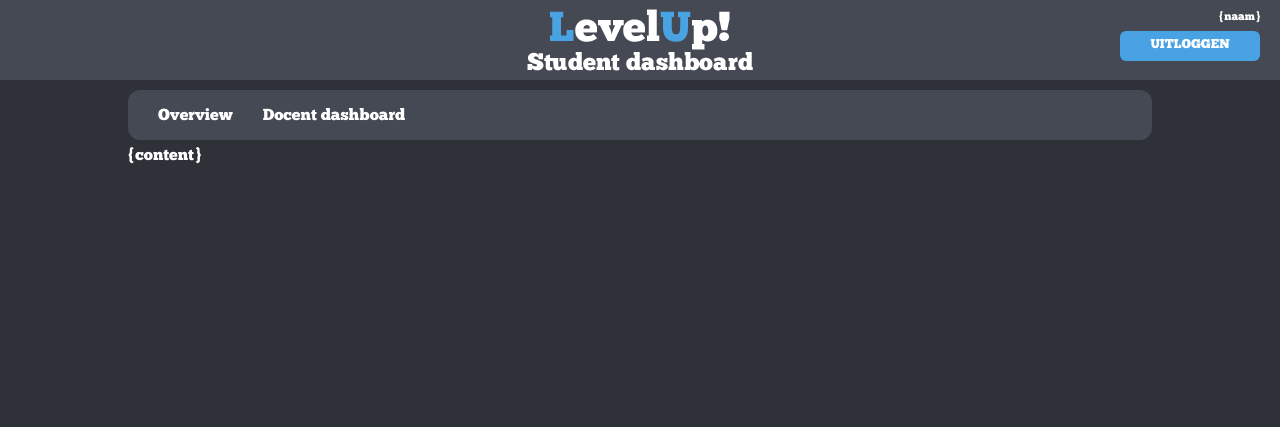
Repository: boblanckenburg/levelup
Page: website/src/index.html
These files come from the project's save history. The page is drawn as it stood at one moment and after the next save; the edit follows.
The browser window is 1280 px wide. The pictures show the whole page.

Above is the page before, as saved 2014-10-16 14:44:54.

### website/src/index.html
<!doctype html>
<html class="no-js" id="html" lang="">
    <head>
        <meta charset="utf-8">
        <meta http-equiv="X-UA-Compatible" content="IE=edge">
        <title>LevelUp</title>
        <meta name="description" content="">
        <meta name="viewport" content="width=device-width, initial-scale=1">

        <!-- Place favicon.ico and apple-touch-icon(s) in the root directory -->

        <link rel="stylesheet" href="css/main.css">
        <script src="js/main.js"></script>
        <script src="js/vendor/modernizr-2.8.3.min.js"></script>
    </head>
    <body>
        <!--[if lt IE 8]>
            <p class="browsehappy">You are using an <strong>outdated</strong> browser. Please <a href="http://browsehappy.com/">upgrade your browser</a> to improve your experience.</p>
        <![endif]-->

		<div class="dashboard">
			<section class="header">
				<div id="welcome">
					<p>{naam}</p>
					<a href="">UITLOGGEN</a>
				</div>
			</section>
			<section class="menu">
				<a href="./index.php?page=studentview">Overview</a>
				<a href="./index.php?page=docentview">Docent dashboard</a>
			</section>
			<div class="content">{content}</div>
		</div>
    </body>
</html>

### website/src/css/main.css
/*
 * What follows is the result of much research on cross-browser styling.
 * Credit left inline and big thanks to Nicolas Gallagher, Jonathan Neal,
 * Kroc Camen, and the H5BP dev community and team.
 */

/* ==========================================================================
   Base styles: opinionated defaults
   ========================================================================== */

/*
bg-gray: #2e3138;
bg-light-gray: #454954;
bg-blue: #49a2e4;
neon-blue: #01d1ff;
*/

html {
    color: #222;
    font-size: 1em;
    line-height: 1.4;
	margin: 0px;
	background: #2e3138;
	color: white;
	text-decoration: none;
	font-weight: normal;
}

/* ==========================================================================
   Author's custom styles
   ========================================================================== */


@font-face {
    font-family: chunkfivefont;
    src: url(Chunkfive.otf);
}


body {
    font-family: chunkfivefont;
    color: white;
    height:100%;
	margin: 0px;
	overflow-x: scroll;
	overflow-style: marquee-line;
}

a
{
	color: #49a2e4;

}

h1, h2, h3
{
	font-weight: normal;
}

.dashboard,
{
	height:100%;
	width:100%;
}

.content
{
	height: 100%;
	width: 100%;
}

.header
{
    background: #454953;
	width: 100%;
	height:80px;
	margin: 0px auto 0px auto;

	background-image: url('../img/dashboardlogo.png');
	background-position: center;
	background-repeat: no-repeat;
	background-color: #454954;
}

.header #welcome
{
	width: 200px;
	float:right;
	color: white;
	margin 0px auto 0px auto;
	padding: 0px 10px 0px 0px;
}

.header #welcome p
{
	float: right;
	display: block;
	font-size: 0.7em;
	margin: 10px 10px 5px 0px;
}

.header #welcome a
{
	float: right;
	display: block;
	height:20px;
	width: 100px;
	text-align: center;
	font-size: 0.8em;
	color: white;
	text-decoration: none;
	padding:5px 20px 5px 20px;
	margin: 0px 10px 0px 0px;

	background-color: #49a2e4;
	border-radius: 6px;
}

.menu
{
    background: #2e3138;
	width:80%;
	height:100%;
	min-height:50px;
	margin: 10px auto 5px auto;
	background: #454954;
	border-radius: 12px;
	display: block;
}

.menu a, a:visited
{
	display: block;
	float:left;
	height: 35px;
	text-align: center;
	padding: 15px 0px 0px 30px;
	text-decoration: none;
	color: white;
}

.menu a:hover
{
	color: #49a2e4;
}

.content {
	width: 80%;
	height: 350px;
	margin: auto;
}

.container {
	margin: 0px auto 0px auto;
	width:100%;
	display: inline;
}


/* ==========================================================================
   Helper classes
   ========================================================================== */

/*
 * Hide visually and from screen readers: h5bp.com/u
 */

.hidden {
    display: none !important;
    visibility: hidden;
}

/*
 * Hide only visually, but have it available for screen readers: h5bp.com/v
 */

.visuallyhidden {
    border: 0;
    clip: rect(0 0 0 0);
    height: 1px;
    margin: -1px;
    overflow: hidden;
    padding: 0;
    position: absolute;
    width: 1px;
}

/*
 * Extends the .visuallyhidden class to allow the element to be focusable
 * when navigated to via the keyboard: h5bp.com/p
 */

.visuallyhidden.focusable:active,
.visuallyhidden.focusable:focus {
    clip: auto;
    height: auto;
    margin: 0;
    overflow: visible;
    position: static;
    width: auto;
}

/*
 * Hide visually and from screen readers, but maintain layout
 */

.invisible {
    visibility: hidden;
}

/*
 * Clearfix: contain floats
 *
 * For modern browsers
 * 1. The space content is one way to avoid an Opera bug when the
 *    `contenteditable` attribute is included anywhere else in the document.
 *    Otherwise it causes space to appear at the top and bottom of elements
 *    that receive the `clearfix` class.
 * 2. The use of `table` rather than `block` is only necessary if using
 *    `:before` to contain the top-margins of child elements.
 */

.clearfix:before,
.clearfix:after {
    content: " "; /* 1 */
    display: table; /* 2 */
}

.clearfix:after {
    clear: both;
}

/* ==========================================================================
   EXAMPLE Media Queries for Responsive Design.
   These examples override the primary ('mobile first') styles.
   Modify as content requires.
   ========================================================================== */

@media only screen and (min-width: 35em) {
    /* Style adjustments for viewports that meet the condition */
}

@media print,
       (-o-min-device-pixel-ratio: 5/4),
       (-webkit-min-device-pixel-ratio: 1.25),
       (min-resolution: 120dpi) {
    /* Style adjustments for high resolution devices */
}

/* ==========================================================================
   Print styles.
   Inlined to avoid the additional HTTP request: h5bp.com/r
   ========================================================================== */

@media print {
    *,
    *:before,
    *:after {
        background: transparent !important;
        color: #000 !important; /* Black prints faster: h5bp.com/s */
        box-shadow: none !important;
        text-shadow: none !important;
    }

    a,
    a:visited {
        text-decoration: underline;
    }

    a[href]:after {
        content: " (" attr(href) ")";
    }

    abbr[title]:after {
        content: " (" attr(title) ")";
    }

    /*
     * Don't show links that are fragment identifiers,
     * or use the `javascript:` pseudo protocol
     */

    a[href^="#"]:after,
    a[href^="javascript:"]:after {
        content: "";
    }

    pre,
    blockquote {
        border: 1px solid #999;
        page-break-inside: avoid;
    }

    thead {
        display: table-header-group; /* h5bp.com/t */
    }

    tr,
    img {
        page-break-inside: avoid;
    }

    img {
        max-width: 100% !important;
    }

    p,
    h2,
    h3 {
        orphans: 3;
        widows: 3;
    }

    h2,
    h3 {
        page-break-after: avoid;
    }
}

### website/src/js/main.js

//set up height of the html element so 100% height spans the entire screen
document.getElementById("html").style.height=window.innerHeight+"px";

Loaded but not shown: website/src/js/vendor/modernizr-2.8.3.min.js (library)

After the next save:
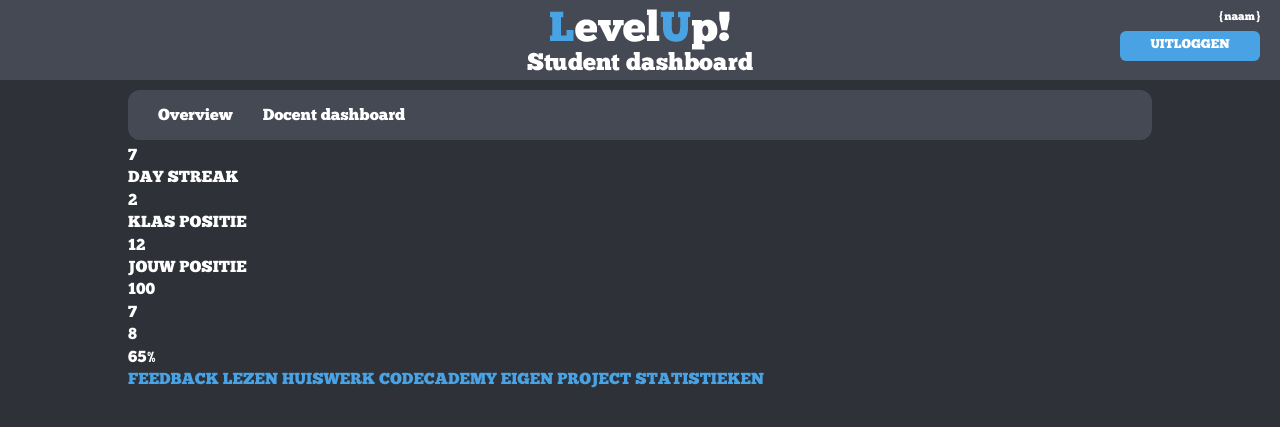
Saved 4 min 20 s later.
--- a/website/src/index.html
+++ b/website/src/index.html
@@ -29,7 +29,45 @@
 				<a href="./index.php?page=studentview">Overview</a>
 				<a href="./index.php?page=docentview">Docent dashboard</a>
 			</section>
-			<div class="content">{content}</div>
+			<div class="content">
+<section class="streaks">
+	<div class="streakitem">
+		<div class="score" id="day">7</div>
+		<div class="arrow"><div class="name">DAY STREAK</div></div>
+	</div>
+	<div class="streakitem">
+		<div class="score" id="class">2</div>
+		<div class="arrow"><div class="name">KLAS POSITIE</div></div>
+	</div>
+	<div class="streakitem">
+		<div class="score" id="indv">12</div>
+		<div class="arrow"><div class="name">JOUW POSITIE</div></div>
+	</div>
+</section>
+
+<section class="levelcounter">
+	<div class="image">
+		<div class="score">100</div>
+	</div>
+
+<div class="progress-bar">
+	<div class="progress-fill"></div>
+	<div class="prevlevel">7</div>
+    <div class="nextlevel">8</div>
+
+    <div class="percentage">65%</div>
+</div>
+
+</section>
+
+<section class="actionbar">
+	<a>FEEDBACK LEZEN</a>
+	<a>HUISWERK</a>
+	<a>CODECADEMY</a>
+	<a>EIGEN PROJECT</a>
+	<a>STATISTIEKEN</a>
+</section>
+</div>
 		</div>
     </body>
 </html>
